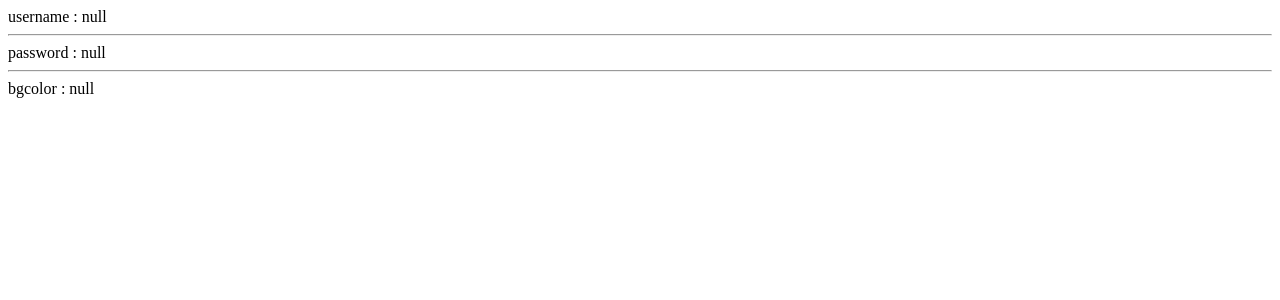
Repository: Leehj9094/JAVA_BOOK-
Page: http://localhost/01JSP/C02/C02Request_Process.jsp
The author's editor kept a copy of each file at every save. The page is drawn from the files as they stood at one save, then again after the next save.
The browser window is 1280 px wide. The pictures show the whole page.
The page is served by Tomcat 9.

Above is the page before, as saved 2025-04-01 06:43:48.

After the next save:
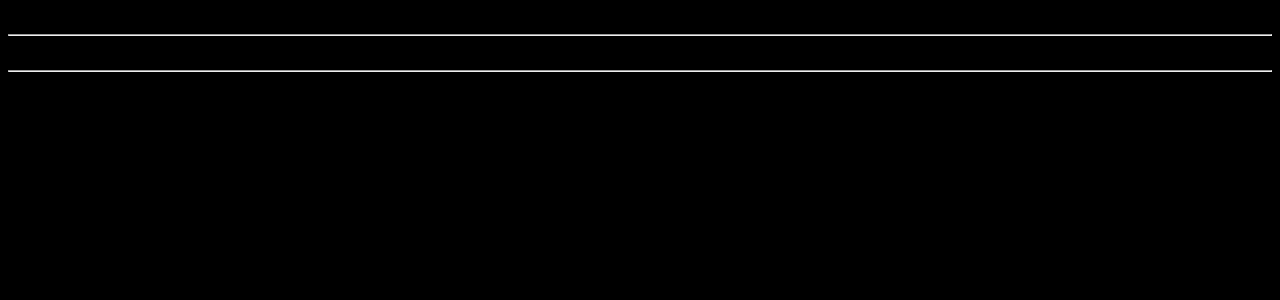
Saved 104 s later.
--- a/JSP/01JSP/src/main/webapp/C02/C02Request_Process.jsp
+++ b/JSP/01JSP/src/main/webapp/C02/C02Request_Process.jsp
@@ -17,7 +17,7 @@
 <meta charset="UTF-8">
 <title>Insert title here</title>
 </head>
-<body>
+<body bgcolor=<%=bgColor %>>
 
 username : <%=username %>
 <hr/>

After the save that followed:
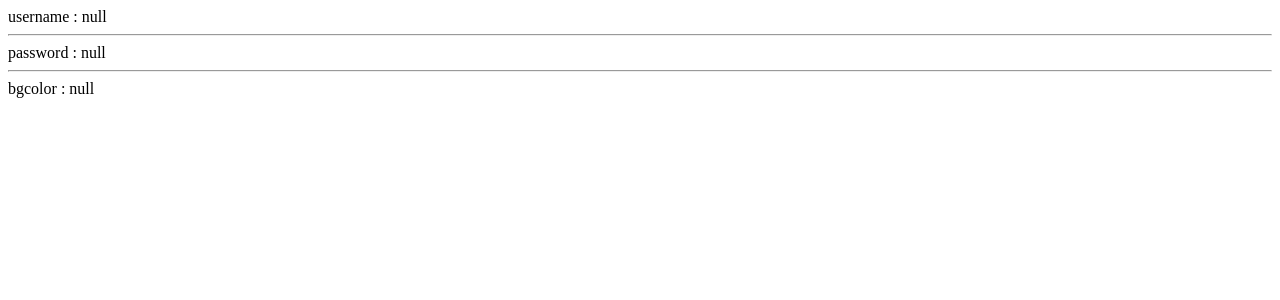
Saved 93 s later.
--- a/JSP/01JSP/src/main/webapp/C02/C02Request_Process.jsp
+++ b/JSP/01JSP/src/main/webapp/C02/C02Request_Process.jsp
@@ -17,7 +17,7 @@
 <meta charset="UTF-8">
 <title>Insert title here</title>
 </head>
-<body bgcolor=<%=bgColor %>>
+<body style="background-color=<%=bgColor %>">
 
 username : <%=username %>
 <hr/>
